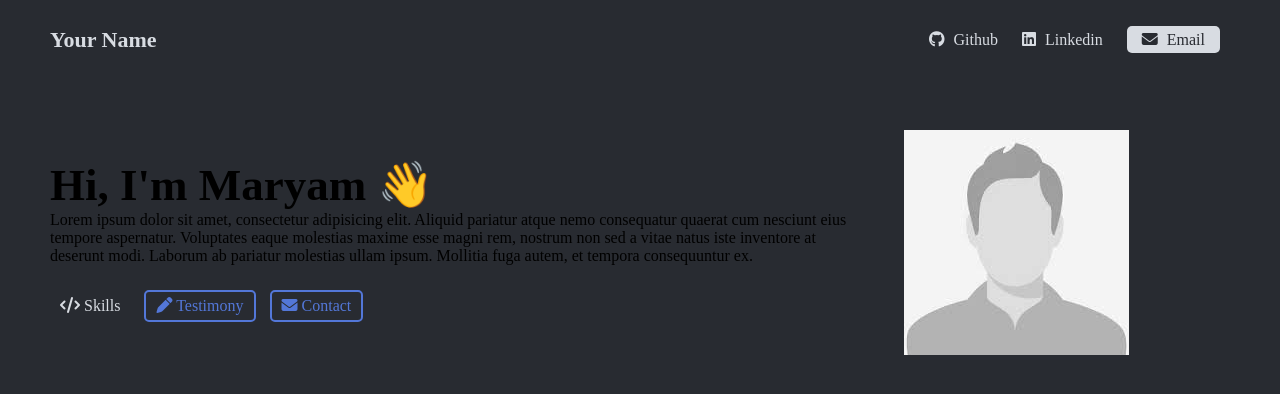
Repository: MaramMaryam/my-portfolio-test
Page: index.html
The author's editor kept a copy of each file at every save. The page is drawn from the files as they stood at one save, then again after a run of saves.
The browser window is 1280 px wide. The pictures show the whole page.
The pointer rests on the first visible `.hero-section .text .links a`.
Some web libraries are served in a nearby version.

Above is the page before, as saved 2024-09-17 21:19:24.

After the next 4 saves:
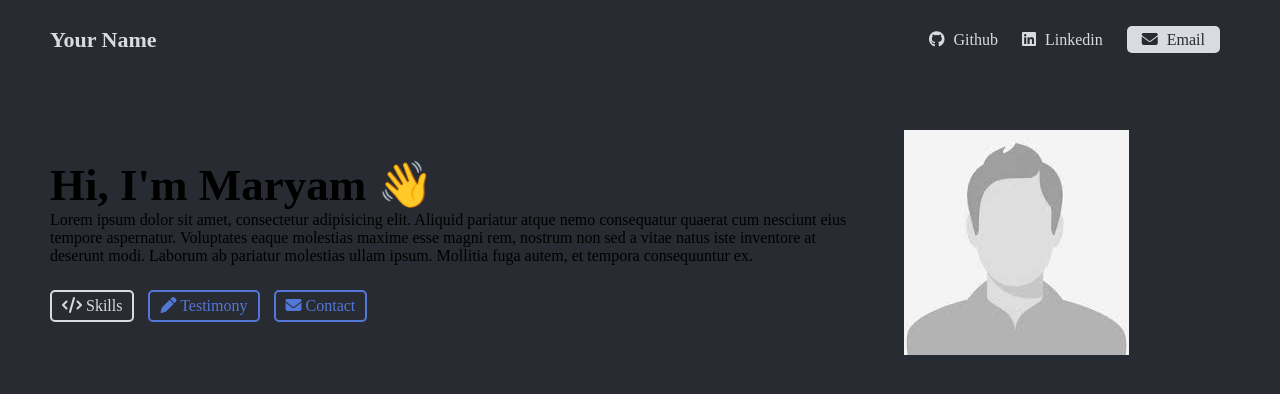
The 4 saves are shown as one change because they came seconds apart.
The last was saved 10 s later.
--- a/styles.css
+++ b/styles.css
@@ -74,7 +74,7 @@ nav .right a span {
 }
 .hero-section .text .links a:hover {
     color: var(--text-color);
-    border: 2px;
+    border: 2px solid var(--text-color);
 }
 .hero-section .headshot {
     flex: 2;
